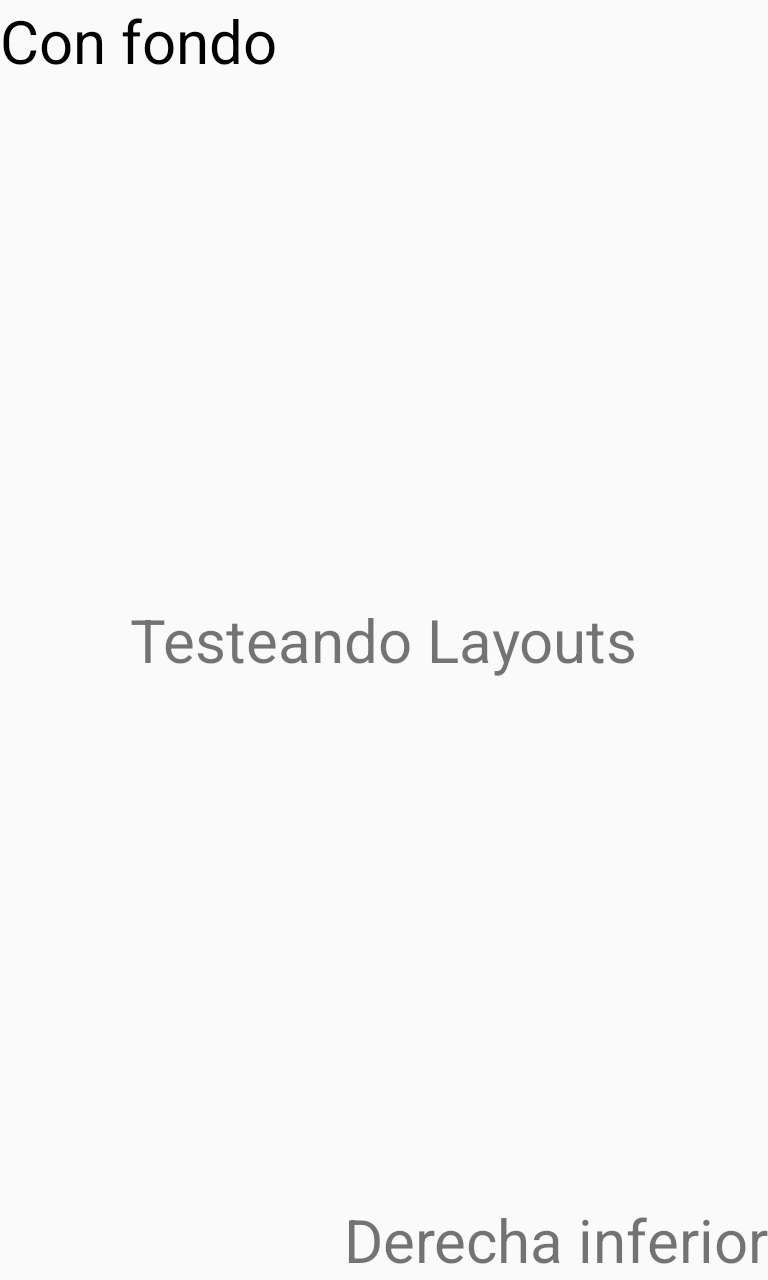
Repository: jromanz/android-projects
Layout: ListaAlumnos/res/layout/activity_frame_layout.xml
These files come from the project's save history. The layout is drawn as it stood at one moment and after the next save; the edit follows.
It is drawn on a 768 x 1280 px phone screen (xhdpi) without system bars, with theme AppTheme; the app's code is not run.

Above is the layout before, as saved 2014-08-28 23:24:23.

### ListaAlumnos/res/layout/activity_frame_layout.xml
<FrameLayout xmlns:android="http://schemas.android.com/apk/res/android"
    xmlns:tools="http://schemas.android.com/tools"
    android:layout_width="fill_parent"
    android:layout_height="fill_parent"
    tools:context="${relativePackage}.${activityClass}" >

        <TextView
        android:layout_width="wrap_content"
        android:layout_height="wrap_content"
        android:text="Con fondo"
        android:textSize="30sp"
        android:layout_gravity="top|left"
        android:textColor="#000000"
        />

    <TextView
        android:layout_width="wrap_content"
        android:layout_height="wrap_content"
        android:text="Testeando Layouts"
        android:textSize="30sp"
        android:layout_gravity="center"
        />


    <TextView
        android:layout_width="wrap_content"
        android:layout_height="wrap_content"
        android:text="Derecha inferior"
        android:textSize="30sp"
        android:layout_gravity="bottom|right"
        />

</FrameLayout>

Loaded but not shown: ListaAlumnos/res/values/styles.xml (common file); ListaAlumnos/res/values-v11/styles.xml (common file); ListaAlumnos/res/values-v14/styles.xml (common file)

After the next save:
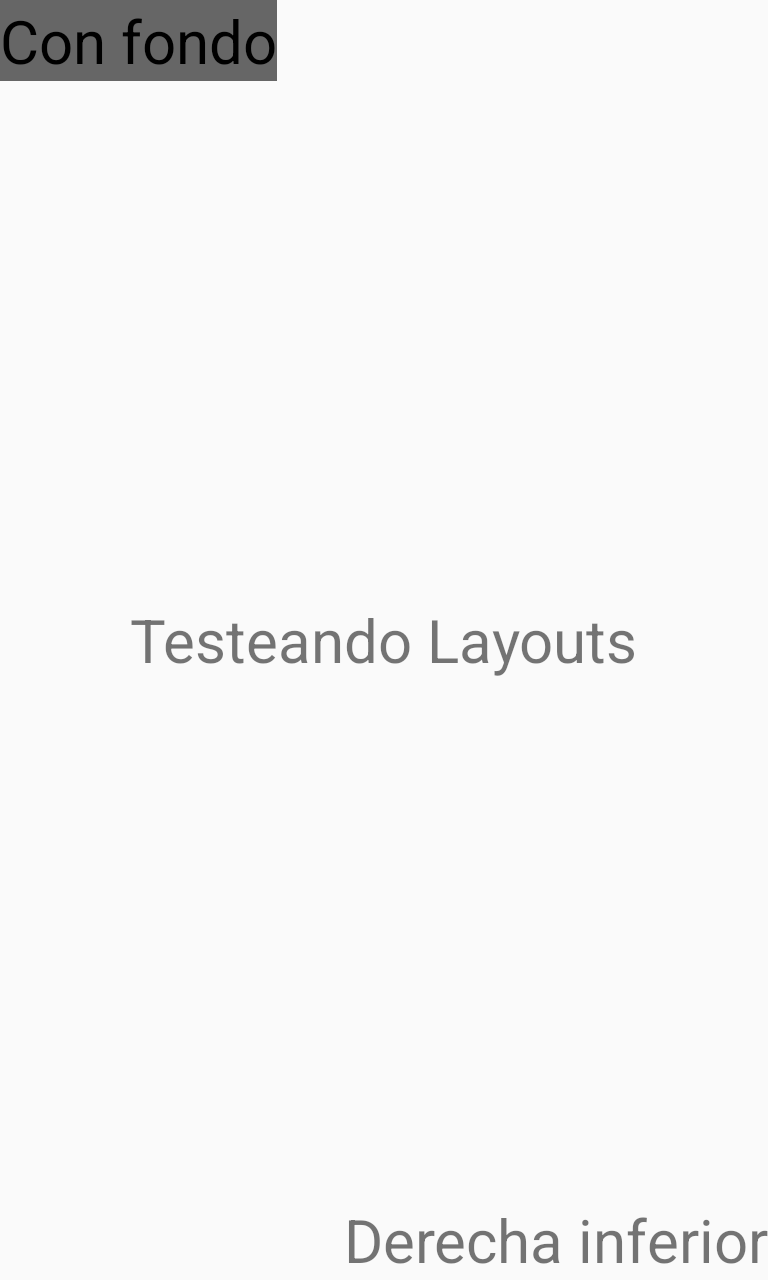
Saved 26 s later.
--- a/ListaAlumnos/res/layout/activity_frame_layout.xml
+++ b/ListaAlumnos/res/layout/activity_frame_layout.xml
@@ -10,6 +10,7 @@
         android:text="Con fondo"
         android:textSize="30sp"
         android:layout_gravity="top|left"
+		android:background="#666666"
         android:textColor="#000000"
         />
 
